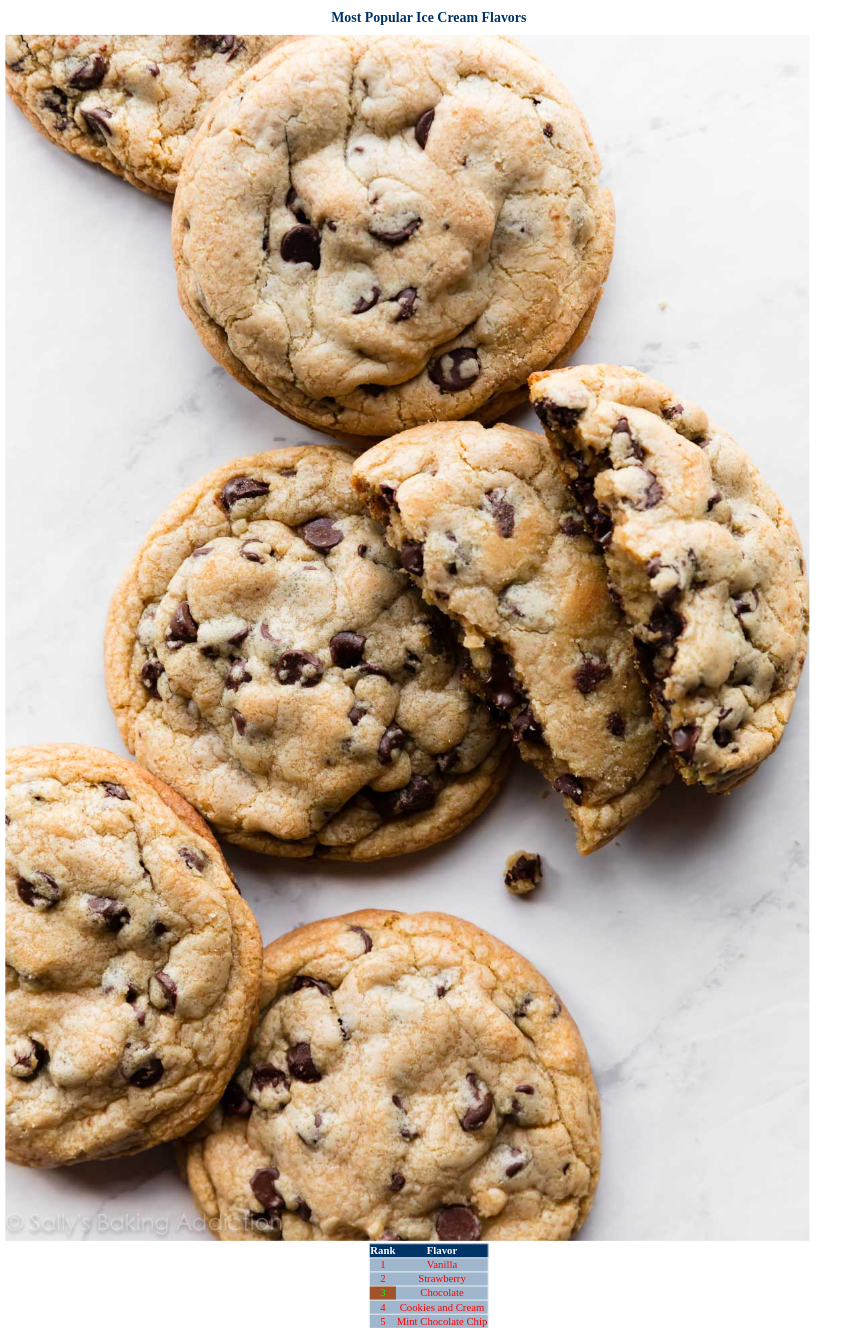
Repository: lilicma13/lilicma13.github.io
Page: 214/ice.html
The author's editor kept a record of every edit. The page is drawn from the files as they stood at one moment, then again after the next edit.
The browser window is 1280 px wide. The pictures show the whole page, at 67% of full size.

Above is the page before.

### 214/ice.html
<!DOCTYPE html>
   <html>
     <head>
       <meta charset="utf-8">
       <title>I Scream For Ice Cream!</title>
       <style>
           td {color: #FF0000;}
        </style>

     </head>
     <link href="icecream.css" rel="stylesheet" type="text/css">

     <body>
       <h1>Most Popular Ice Cream Flavors</h1>
       <table>
        <tr><th>Rank</th><th>Flavor</th></tr>
        <tr><td>1</td><td>Vanilla</td></tr>
        <tr><td>2</td><td>Strawberry</td></tr>
        <tr><td style="color:#00FF00; background-color:sienna;">3</td><td>Chocolate</td></tr>
        <tr><td>4</td><td>Cookies and Cream</td></tr>
        <tr><td>5</td><td>Mint Chocolate Chip</td></tr>
        <img src="cookies.jpg" />
      </table>
    </body>
  </html>

### 214/icecream.css
body{
       font-family: "Marker Felt", "Comic Sans MS", fantasy;
 	 color: #003366;
    }

    h1  {
 	   font-size: 1.3em;
 	   text-align: center;
    }

   table {
 	   margin-left: auto;
 	   margin-right: auto;
 	   text-align: left;
 	   border-collapse: collapse;
   }

   tr   {
	  border: 1px solid #ffffff;
	  text-align: center;
	  background-color:#9FB6CD;
  }

  th   {
	 text-align: center;
	 color: #ffffff;
	 background-color: #003366;
  }

After the next edit:
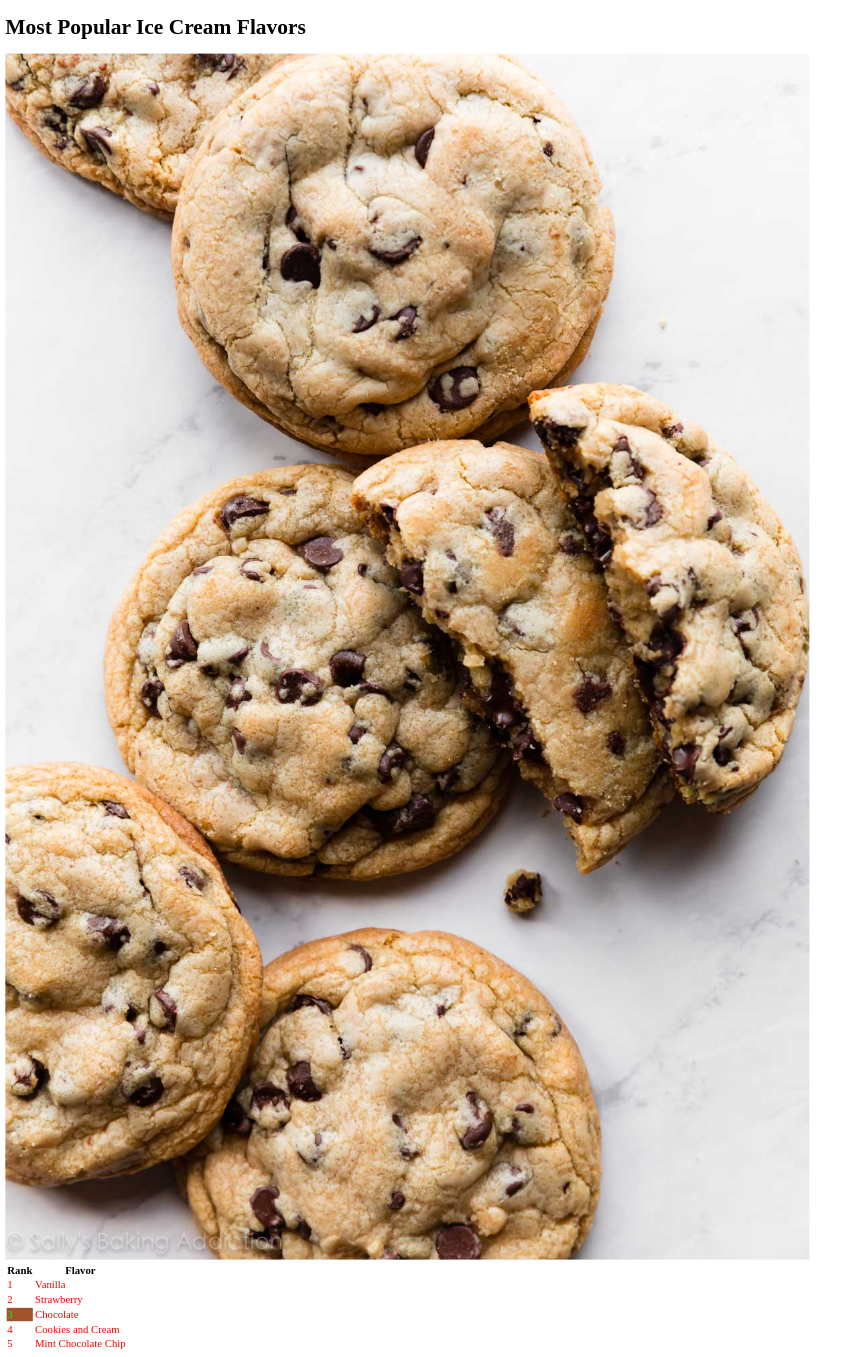
The edit:
--- a/214/ice.html
+++ b/214/ice.html
@@ -8,7 +8,7 @@
         </style>
 
      </head>
-     <link href="icecream.css" rel="stylesheet" type="text/css">
+
 
      <body>
        <h1>Most Popular Ice Cream Flavors</h1>

After the edit that followed:
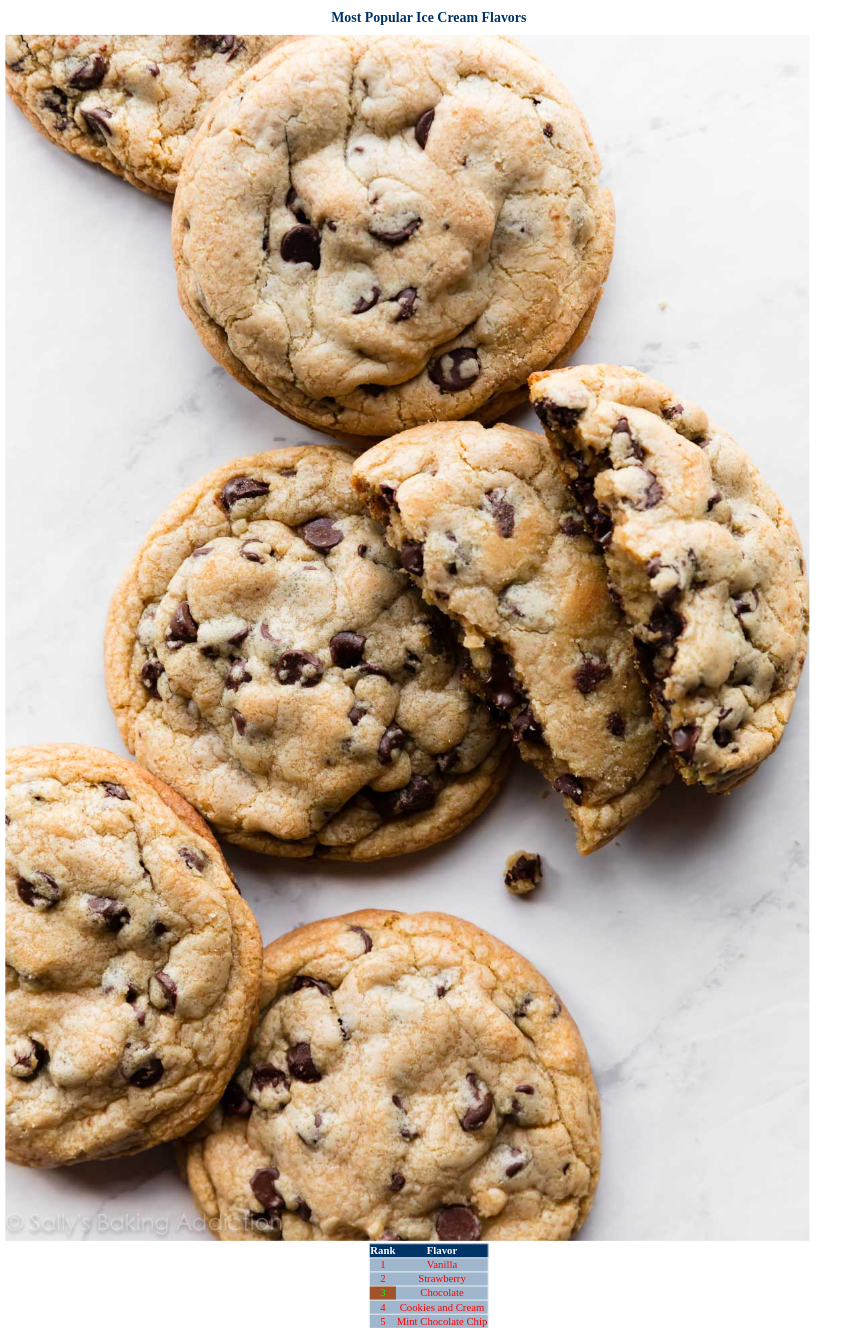
The edit:
--- a/214/ice.html
+++ b/214/ice.html
@@ -6,7 +6,7 @@
        <style>
            td {color: #FF0000;}
         </style>
-
+        <link href="icecream.css" rel="stylesheet" type="text/css">
      </head>
 
 
